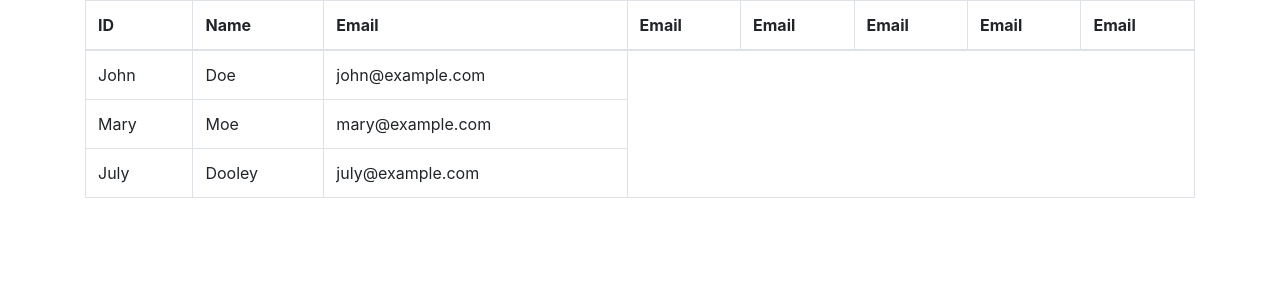
Repository: ArmanAli-cmd/EmployeeProjectDepartmentApplication
Page: http://localhost/EmployeeProjectDepartmentMVCApplication/views/employees.jsp
The author's editor kept a copy of each file at every save. The page is drawn from the files as they stood at one save, then again after the next save.
The browser window is 1280 px wide. The pictures show the whole page.
The page is served by Tomcat 9.

Above is the page before, as saved 2024-01-17 16:57:58.

After the next save:
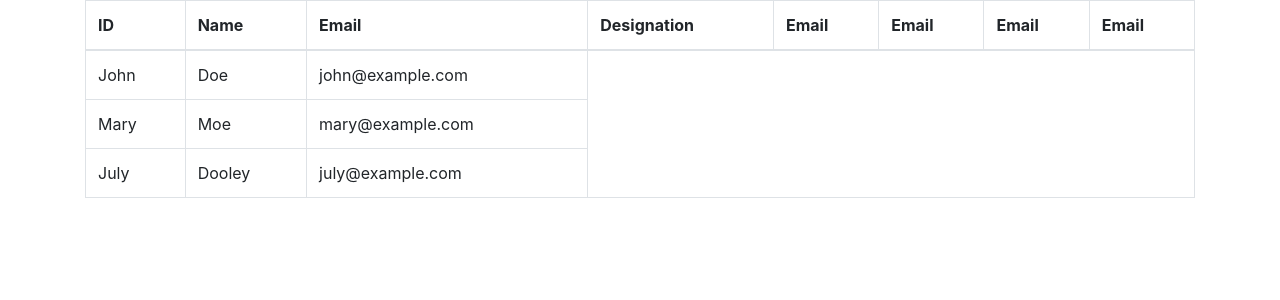
Saved 27 s later.
--- a/EmployeeProjectDepartmentMVCApplication/src/main/webapp/views/employees.jsp
+++ b/EmployeeProjectDepartmentMVCApplication/src/main/webapp/views/employees.jsp
@@ -25,7 +25,7 @@
 					<th>ID</th>
 					<th>Name</th>
 					<th>Email</th>
-					<th>Email</th>
+					<th>Designation</th>
 					<th>Email</th>
 					<th>Email</th>
 					<th>Email</th>
